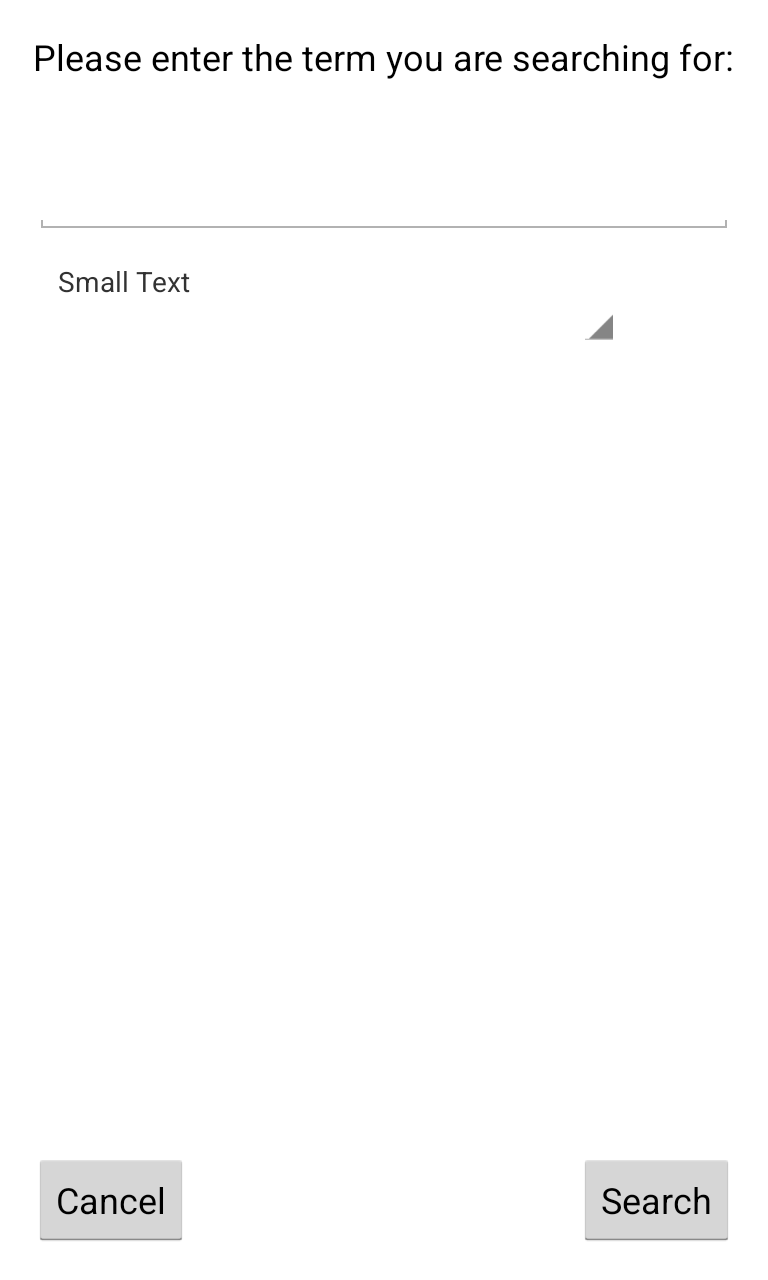
Repository: seth-skocelas/PHMS
Layout: PHMS/res/layout/activity_search.xml
An editor plug-in stored every save of this project. The layout is shown before and after the next save, followed by the edit.
It is drawn on a 768 x 1280 px phone screen (xhdpi) without system bars, with theme AppTheme; the app's code is not run.

Above is the layout before, as saved 2014-04-07 04:55:11.

### PHMS/res/layout/activity_search.xml
<RelativeLayout xmlns:android="http://schemas.android.com/apk/res/android"
    xmlns:tools="http://schemas.android.com/tools"
    android:layout_width="match_parent"
    android:layout_height="match_parent"
    android:paddingBottom="@dimen/activity_vertical_margin"
    android:paddingLeft="@dimen/activity_horizontal_margin"
    android:paddingRight="@dimen/activity_horizontal_margin"
    android:paddingTop="@dimen/activity_vertical_margin"
    tools:context=".SearchActivity" >

    <TextView
        android:id="@+id/textView1"
        android:layout_width="wrap_content"
        android:layout_height="wrap_content"
        android:layout_alignParentTop="true"
        android:layout_centerHorizontal="true"
        android:text="@string/searchInstructions"
        android:textAppearance="?android:attr/textAppearanceMedium" />

    <EditText
        android:id="@+id/editText1"
        android:layout_width="wrap_content"
        android:layout_height="wrap_content"
        android:layout_alignLeft="@+id/textView1"
        android:layout_alignRight="@+id/textView1"
        android:layout_below="@+id/textView1"
        android:layout_marginTop="38dp"
        android:ems="10" />

    <Button
        android:id="@+id/button1"
        android:layout_width="wrap_content"
        android:layout_height="wrap_content"
        android:layout_alignParentBottom="true"
        android:layout_alignParentLeft="true"
        android:text="@string/cancel" />

    <Button
        android:id="@+id/button2"
        android:layout_width="wrap_content"
        android:layout_height="wrap_content"
        android:layout_alignParentBottom="true"
        android:layout_alignParentRight="true"
        android:text="@string/search" />

    <Spinner
        android:id="@+id/spinner1"
        android:layout_width="wrap_content"
        android:layout_height="wrap_content"
        android:layout_alignLeft="@+id/button2"
        android:layout_below="@+id/editText1"
        android:layout_marginTop="24dp" />

    <TextView
        android:id="@+id/textView2"
        android:layout_width="wrap_content"
        android:layout_height="wrap_content"
        android:layout_alignBottom="@+id/spinner1"
        android:layout_alignRight="@+id/button1"
        android:layout_marginBottom="24dp"
        android:text="Small Text"
        android:textAppearance="?android:attr/textAppearanceSmall" />

</RelativeLayout>

### PHMS/res/values/strings.xml
<?xml version="1.0" encoding="utf-8"?>
<resources>

    <string name="app_name">PHMS</string>
    <string name="hello_world">Hello world!</string>
    <string name="action_settings">Settings</string>
    <string name="welcome">Welcome to the Personal Health Monitoring System!</string>
    <string name="password">Password</string>
    <string name="options">Please login or register:</string>
    <string name="login">Login</string>
    <string name="register">Register</string>
    <string name="recover">Recover</string>
    <string name="title_activity_register">Register</string>
    <string name="firstname">First Name:</string>
    <string name="lastname">Last Name:</string>
    <string name="username">Username:</string>
    <string name="cancel">Cancel</string>
    <string name="email">Email Address:</string>
    <string name="phone">Phone Number:</string>
    <string name="height">Height: (ft)</string>
    <string name="inches">(in)</string>
    <string name="weight">Weight:</string>
    <string name="age">Age:</string>
    <string name="docemail">Doctor\'s Email:</string>
    <string name="gender">Gender:</string>
    <string name="security">Security Question: What is your mother\'s maiden name?</string>
    <string name="recoQuestion">Please enter your account email:</string>
    <string name="recoInfo">If there is an account on file with this email, an email will be sent out
	    					that will allow you to reset your password</string>
    <string name="title_activity_recover">Recover</string>
    <string name="ok">OK</string>
    <string name="dialog_message">Test</string>
    <string name="dialog_title">Test</string>
    <string name="title_activity_main_menu">MainMenuActivity</string>
    <string name="vital_signs">Vital Signs</string>
    <string name="medications">Medications</string>
    <string name="main_menu">Main Menu</string>
    <string name="diet_management">Diet Management</string>
    <string name="upcoming_events">Upcoming Events</string>
    <string name="search_app">Search the App</string>
    <string name="edit_acct">Edit Account</string>
    <string name="logout">Log Out</string>
    <string name="title_activity_medication">Medication</string>
    <string name="title_activity_diet">DietActivity</string>
    <string name="medInstructions">Select a medication to edit:</string>
    <string name="add">Add</string>
    <string name="ret">Return</string>
    <string name="title_activity_add_medication">AddMedicationActivity</string>
    <string name="addMedInstructions">Please fill in all the fields:</string>
    <string name="name">Name:</string>
    <string name="datetime">Date/Time:</string>
    <string name="conflictions">Conflictions:</string>
    <string name="dosage">Dosage (Amount):</string>
    <string name="unit">Unit:</string>
    <string name="save">Save</string>
    <string name="title_activity_search">SearchActivity</string>
    <string name="searchInstructions">Please enter the term you are searching for:</string>
    <string name="searchType">Please select search type:</string>
    <string name="search">Search</string>
    <string-array name="searchchoices">
        <item>Ad-Hoc</item>
        <item>Diet</item>
        <item>Vital Signs</item>
        <item>Medications</item>
        <item>Google Search</item>
    </string-array>

</resources>

Loaded but not shown: PHMS/res/values/styles.xml (common file); PHMS/res/values-v11/styles.xml (common file); PHMS/res/values-v14/styles.xml (common file); PHMS/res/values/dimens.xml (common file); PHMS/res/values-w820dp/dimens.xml (common file)

After the next save:
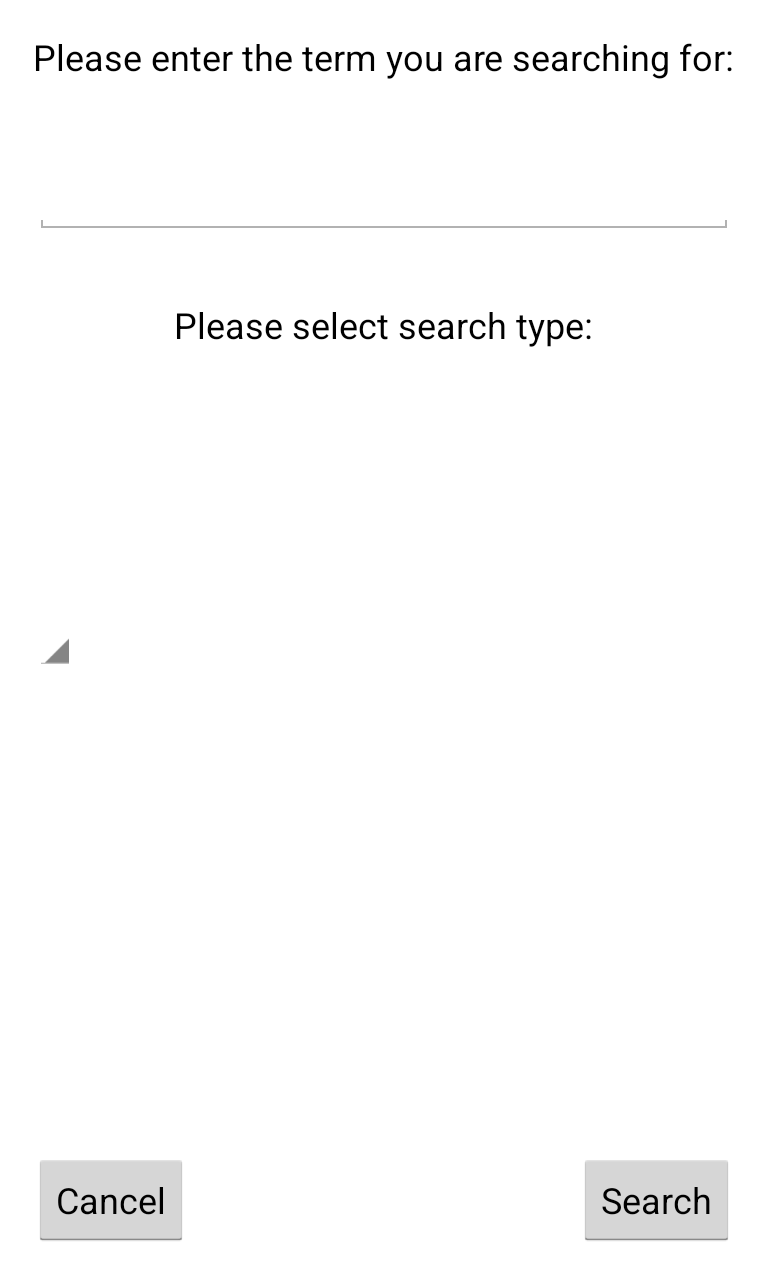
Saved 44 s later.
--- a/PHMS/res/layout/activity_search.xml
+++ b/PHMS/res/layout/activity_search.xml
@@ -43,22 +43,21 @@
         android:layout_alignParentRight="true"
         android:text="@string/search" />
 
+    <TextView
+        android:id="@+id/textView2"
+        android:layout_width="wrap_content"
+        android:layout_height="wrap_content"
+        android:layout_below="@+id/editText1"
+        android:layout_centerHorizontal="true"
+        android:layout_marginTop="32dp"
+        android:text="@string/searchType"
+        android:textAppearance="?android:attr/textAppearanceMedium" />
+
     <Spinner
         android:id="@+id/spinner1"
         android:layout_width="wrap_content"
         android:layout_height="wrap_content"
-        android:layout_alignLeft="@+id/button2"
-        android:layout_below="@+id/editText1"
-        android:layout_marginTop="24dp" />
-
-    <TextView
-        android:id="@+id/textView2"
-        android:layout_width="wrap_content"
-        android:layout_height="wrap_content"
-        android:layout_alignBottom="@+id/spinner1"
-        android:layout_alignRight="@+id/button1"
-        android:layout_marginBottom="24dp"
-        android:text="Small Text"
-        android:textAppearance="?android:attr/textAppearanceSmall" />
+        android:layout_alignLeft="@+id/editText1"
+        android:layout_centerVertical="true" />
 
 </RelativeLayout>
